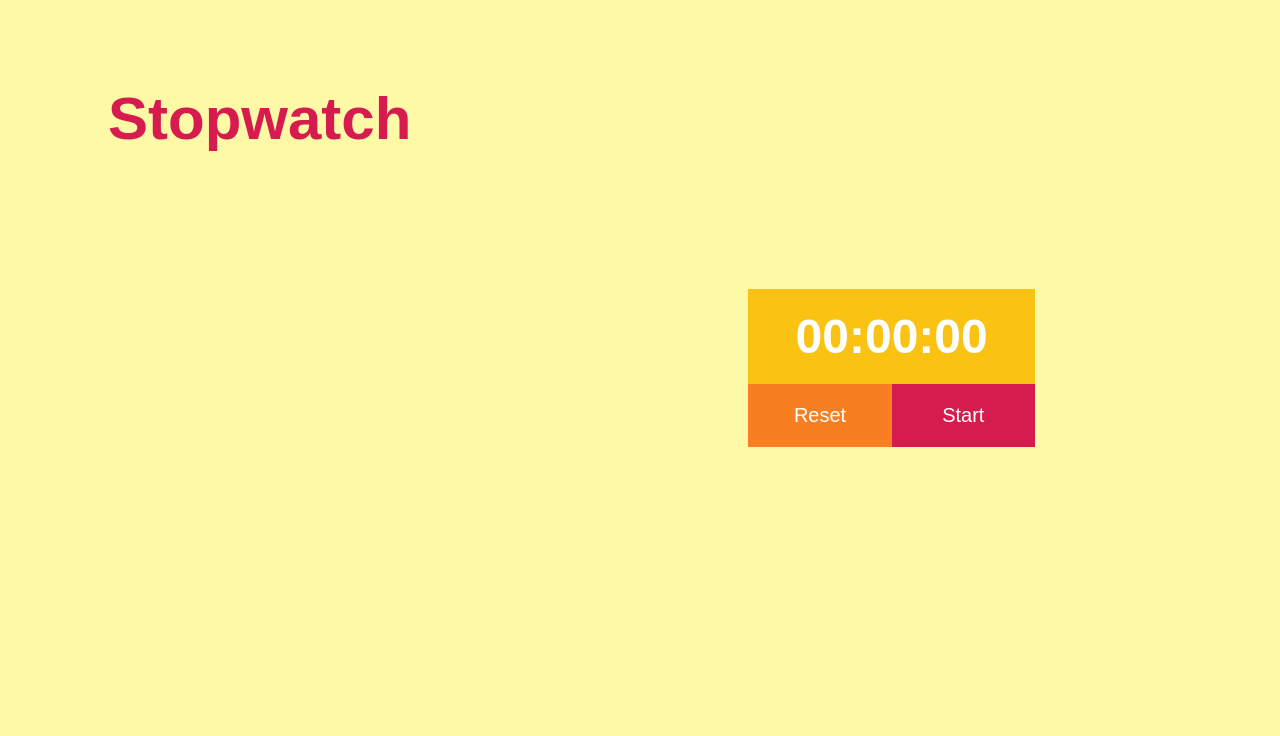
Repository: pilar122/stopwatch
Page: index.html
These files come from the project's save history. The page is drawn as it stood at one moment and after the next save; the edit follows.
The browser window is 1280 px wide. The pictures show the whole page.

Above is the page before, as saved 2022-06-19 13:09:45.

After the next save:
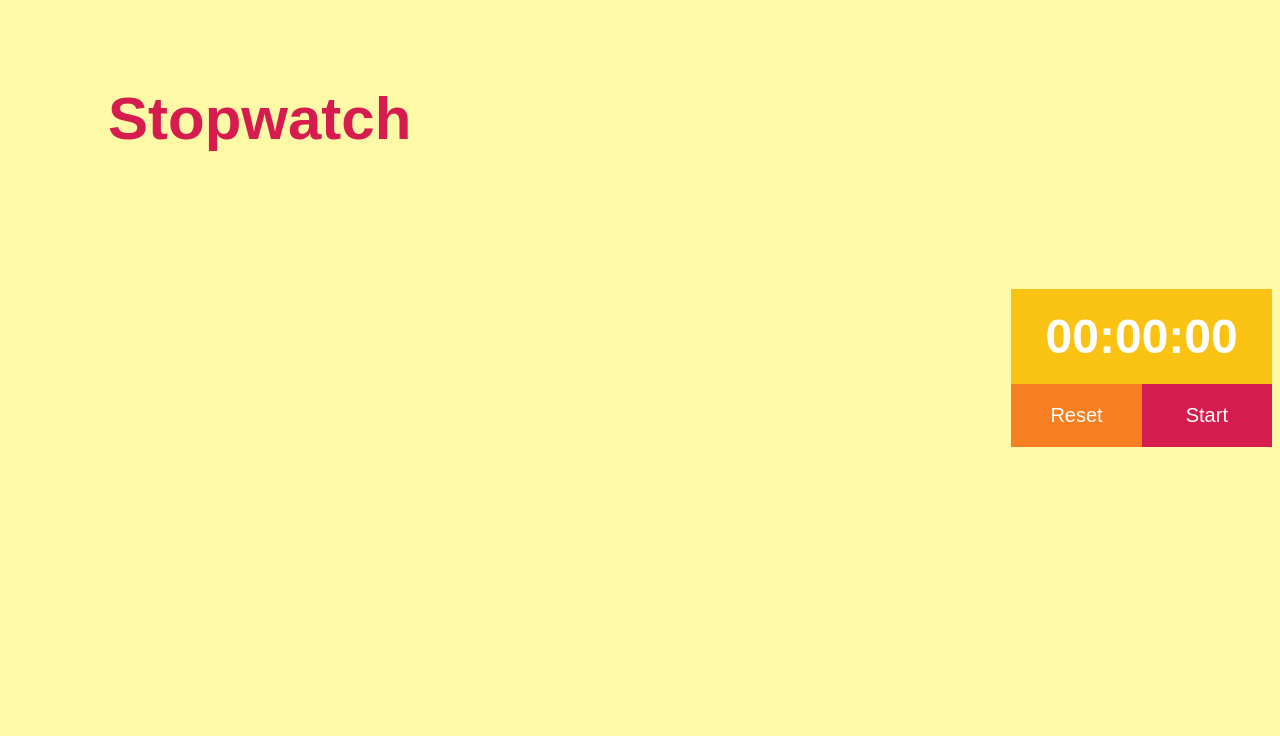
Saved 33 s later.
--- a/stopwatch.css
+++ b/stopwatch.css
@@ -57,6 +57,7 @@
     color: #D61C4E;
     font-size: 30px;
     margin-top: -500px;
+    margin-right: 500px;
   }
 
   /* HEADER */
